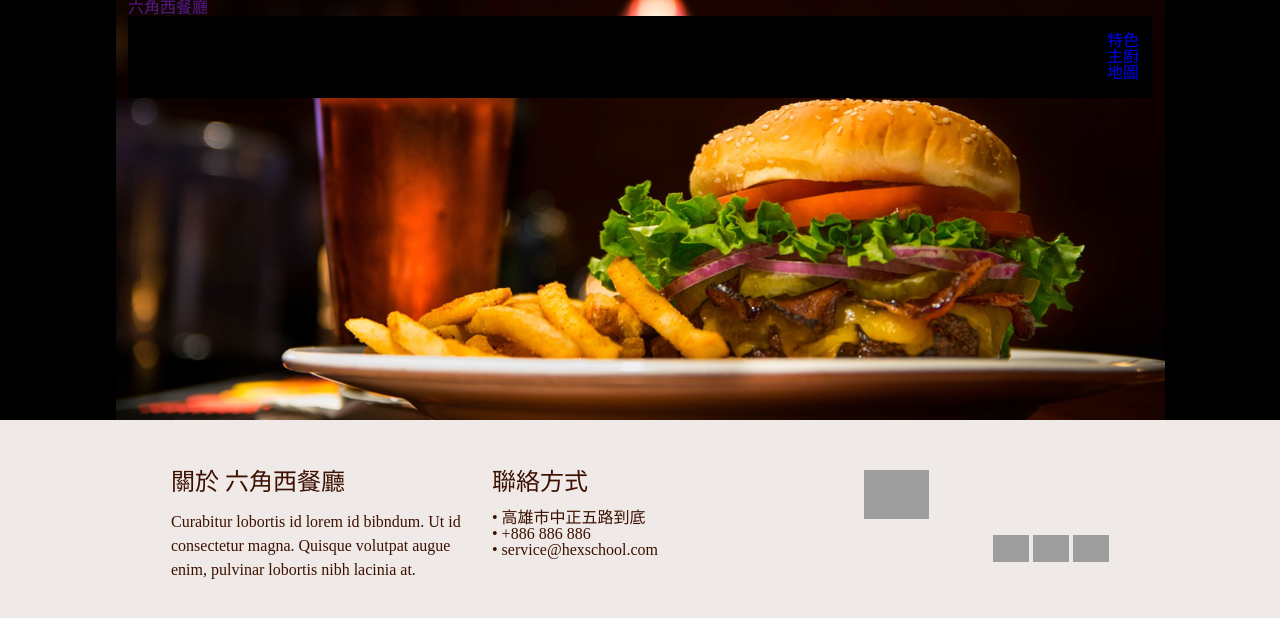
Repository: newstarellie/RWD-Sass-page
Page: layout.html
An editor plug-in stored every save of this project. The page is shown before and after the next save, followed by the edit.
The browser window is 1280 px wide. The pictures show the whole page.
Pictures or frames that could not be fetched are drawn as grey boxes.

Above is the page before, as saved 2022-06-14 18:07:00.

### layout.html
<!DOCTYPE html>
<html lang="en">
  <head>
    <meta charset="UTF-8" />
    <meta http-equiv="X-UA-Compatible" content="IE=edge" />
    <meta name="viewport" content="width=device-width, initial-scale=1.0" />
    <title>layout</title>
    <link rel="stylesheet" href="./scss/all.css" />
  </head>
  <body>

      <header>
        <div class="container">
                    <h1><a href="">六角西餐廳</a></h1>
          <nav class="show-menu">
                      <a href="#" "></a>
                      <ul>
                          <li><a href="#">特色</a></li>
                          <li><a href="#">主廚</a></li>
                          <li><a href="#">地圖</a></li>
                      </ul>

            </nav>
          </div>
        </header>

      <footer>
        <div class="container">
          <div>
            <h2>關於 六角西餐廳</h2>
            <p
              >Curabitur lobortis id lorem id bibndum. Ut id consectetur magna.
              Quisque volutpat augue enim, pulvinar lobortis nibh lacinia at.
            </p>
          </div>
          <div class="footer-contact">
            <h2>聯絡方式</h2>
            <ul>
              <li>•	高雄市中正五路到底</li>
              <li>•	+886 886 886</li>
              <li>•	service@hexschool.com</li>
            </ul>
          </div>
          <div class="footer-link">
            <h2><a href="">六角西餐廳</a></h2>
            <ul>
              <li><a href="#">google</a></li>
              <li><a href="#">twitter</a></li>
              <li><a href="#">facebook</a></li>
            </ul>
          </div>
        </div>
      </footer>

  </body>
</html>

Loaded but not shown: scss/all.css (library)

After the next save:
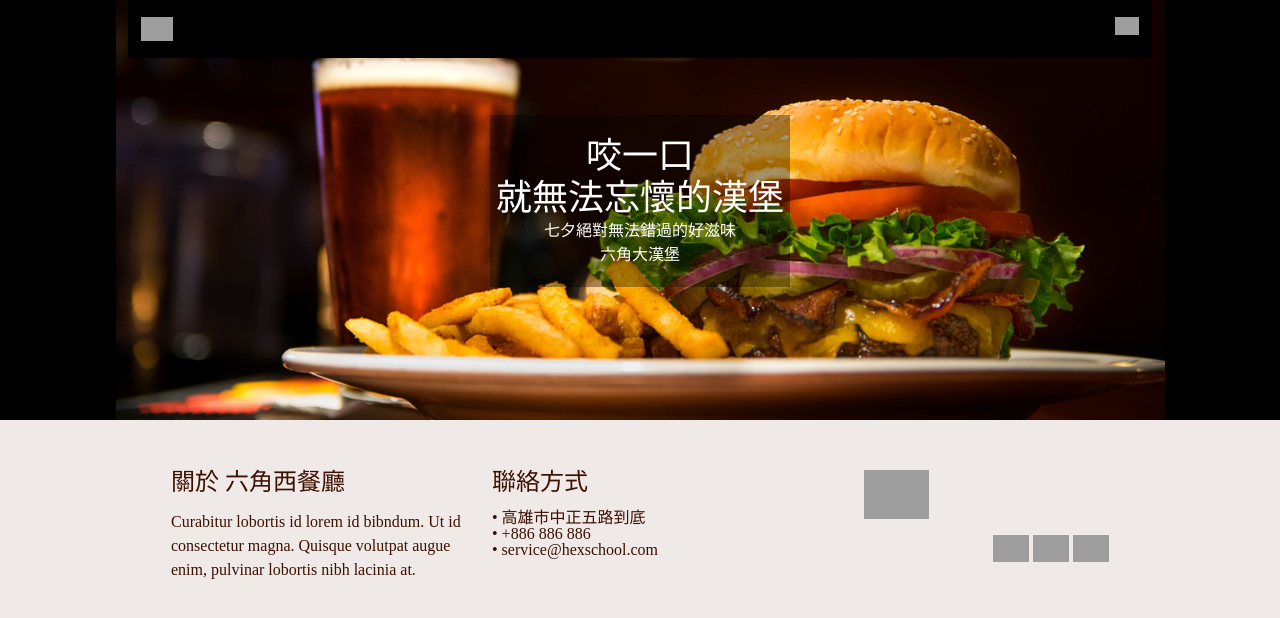
Saved 47 s later.
--- a/layout.html
+++ b/layout.html
@@ -1,5 +1,6 @@
 <!DOCTYPE html>
 <html lang="en">
+
   <head>
     <meta charset="UTF-8" />
     <meta http-equiv="X-UA-Compatible" content="IE=edge" />
@@ -7,50 +8,62 @@
     <title>layout</title>
     <link rel="stylesheet" href="./scss/all.css" />
   </head>
+
   <body>
 
-      <header>
-        <div class="container">
-                    <h1><a href="">六角西餐廳</a></h1>
-          <nav class="show-menu">
-                      <a href="#" "></a>
-                      <ul>
-                          <li><a href="#">特色</a></li>
-                          <li><a href="#">主廚</a></li>
-                          <li><a href="#">地圖</a></li>
-                      </ul>
-
-            </nav>
-          </div>
-        </header>
-
-      <footer>
-        <div class="container">
+    <header>
+      <div class="container">
+        <nav>
+          <h1><a href="">六角西餐廳</a></h1>
           <div>
-            <h2>關於 六角西餐廳</h2>
-            <p
-              >Curabitur lobortis id lorem id bibndum. Ut id consectetur magna.
-              Quisque volutpat augue enim, pulvinar lobortis nibh lacinia at.
-            </p>
-          </div>
-          <div class="footer-contact">
-            <h2>聯絡方式</h2>
-            <ul>
-              <li>•	高雄市中正五路到底</li>
-              <li>•	+886 886 886</li>
-              <li>•	service@hexschool.com</li>
+            <a class="d" href="#"></a>
+            <ul class="show-menu">
+              <li><a href=" #">特色</a></li>
+              <li><a href="#">主廚</a></li>
+              <li><a href="#">地圖</a></li>
             </ul>
           </div>
-          <div class="footer-link">
-            <h2><a href="">六角西餐廳</a></h2>
-            <ul>
-              <li><a href="#">google</a></li>
-              <li><a href="#">twitter</a></li>
-              <li><a href="#">facebook</a></li>
-            </ul>
-          </div>
+        </nav>
+        <div class="filter">
+          <h2>咬一口<br>
+            就無法忘懷的漢堡</h2>
+          <p>七夕絕對無法錯過的好滋味</p>
+          <p>
+            <i class="fa-solid fa-utensils"></i>
+            六角大漢堡
+            <i class="fa-solid fa-utensils"></i>
+          </p>
         </div>
-      </footer>
+
+      </div>
+    </header>
+    <footer>
+      <div class="container">
+        <div>
+          <h2>關於 六角西餐廳</h2>
+          <p>Curabitur lobortis id lorem id bibndum. Ut id consectetur magna.
+            Quisque volutpat augue enim, pulvinar lobortis nibh lacinia at.
+          </p>
+        </div>
+        <div class="footer-contact">
+          <h2>聯絡方式</h2>
+          <ul>
+            <li>• 高雄市中正五路到底</li>
+            <li>• +886 886 886</li>
+            <li>• service@hexschool.com</li>
+          </ul>
+        </div>
+        <div class="footer-link">
+          <h2><a href="">六角西餐廳</a></h2>
+          <ul>
+            <li><a href="#">google</a></li>
+            <li><a href="#">twitter</a></li>
+            <li><a href="#">facebook</a></li>
+          </ul>
+        </div>
+      </div>
+    </footer>
 
   </body>
+
 </html>
